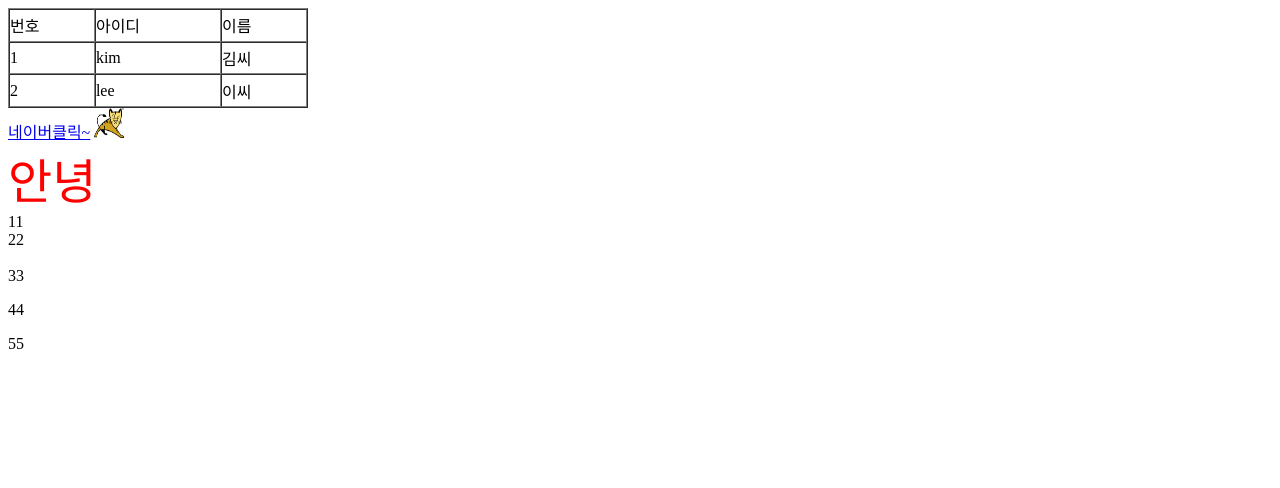
Repository: MinHyeJun/OpenSourceFramework
Page: web_prj/webapp/test.html
These files come from the project's save history. The page is drawn as it stood at one moment and after the next save; the edit follows.
The browser window is 1280 px wide. The pictures show the whole page.

Above is the page before, as saved 2018-06-26 02:30:52.

After the next save:
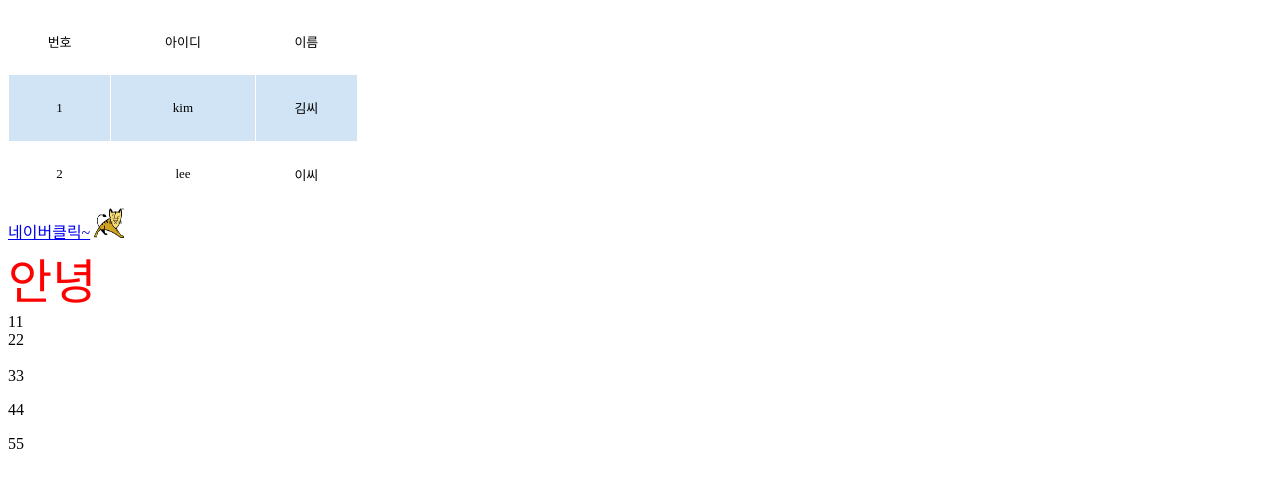
Saved 22 s later.
--- a/web_prj/webapp/test.html
+++ b/web_prj/webapp/test.html
@@ -50,7 +50,7 @@
 </style>
 </head>
 <body>
-<table  class="form_caja"  width=300 height=100 border=1 cellpadding=0 cellspacing=0>
+<table class="paleBlueRows"  width=300 height=100 border=1 cellpadding=0 cellspacing=0>
 	<tr>
 		<td>번호</td>
 		<td>아이디</td>
